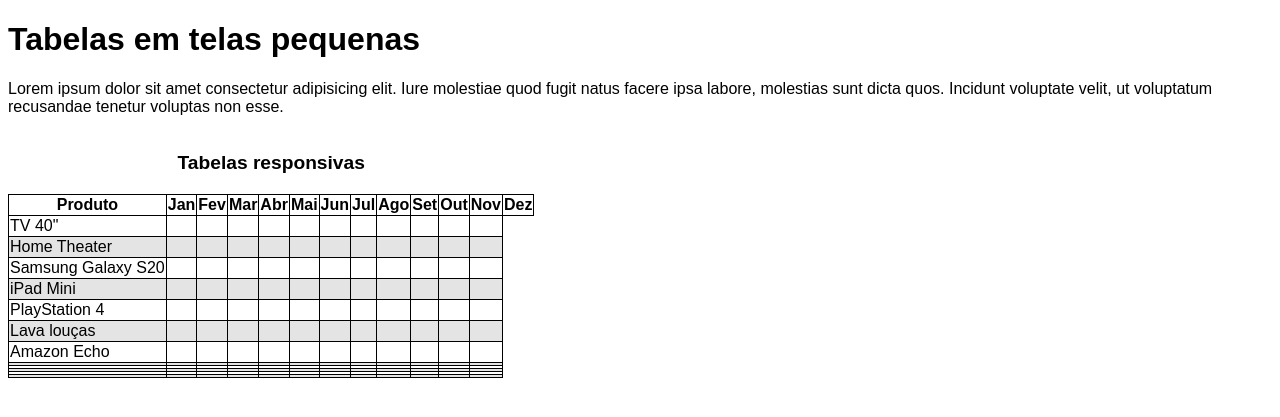
Repository: railsondev/html-css
Page: Módulo3/Exercicios/Ex02 - Tabelas/tabela005.html
An editor plug-in stored every save of this project. The page is shown before and after the next save, followed by the edit.
The browser window is 1280 px wide. The pictures show the whole page.

Above is the page before, as saved 2024-10-22 15:15:09.

After the next save:
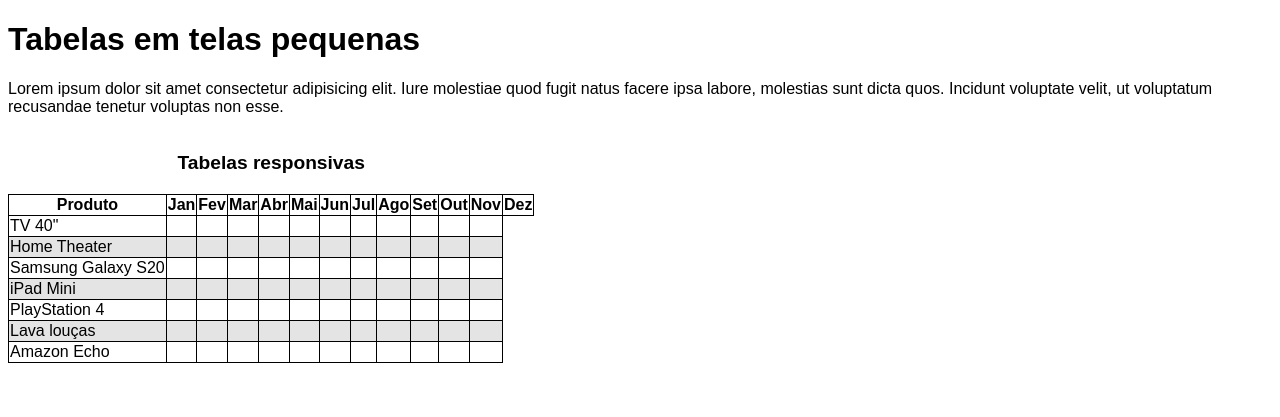
Saved 14 s later.
--- a/Módulo3/Exercicios/Ex02 - Tabelas/tabela005.html
+++ b/Módulo3/Exercicios/Ex02 - Tabelas/tabela005.html
@@ -127,76 +127,6 @@
         <td></td>
         <td></td>
       </tr>
-      <tr>
-        <td></td>
-        <td></td>
-        <td></td>
-        <td></td>
-        <td></td>
-        <td></td>
-        <td></td>
-        <td></td>
-        <td></td>
-        <td></td>
-        <td></td>
-        <td></td>
-      </tr>
-      <tr>
-        <td></td>
-        <td></td>
-        <td></td>
-        <td></td>
-        <td></td>
-        <td></td>
-        <td></td>
-        <td></td>
-        <td></td>
-        <td></td>
-        <td></td>
-        <td></td>
-      </tr>
-      <tr>
-        <td></td>
-        <td></td>
-        <td></td>
-        <td></td>
-        <td></td>
-        <td></td>
-        <td></td>
-        <td></td>
-        <td></td>
-        <td></td>
-        <td></td>
-        <td></td>
-      </tr>
-      <tr>
-        <td></td>
-        <td></td>
-        <td></td>
-        <td></td>
-        <td></td>
-        <td></td>
-        <td></td>
-        <td></td>
-        <td></td>
-        <td></td>
-        <td></td>
-        <td></td>
-      </tr>
-      <tr>
-        <td></td>
-        <td></td>
-        <td></td>
-        <td></td>
-        <td></td>
-        <td></td>
-        <td></td>
-        <td></td>
-        <td></td>
-        <td></td>
-        <td></td>
-        <td></td>
-      </tr>
     </tbody>
     <tfoot>
 
